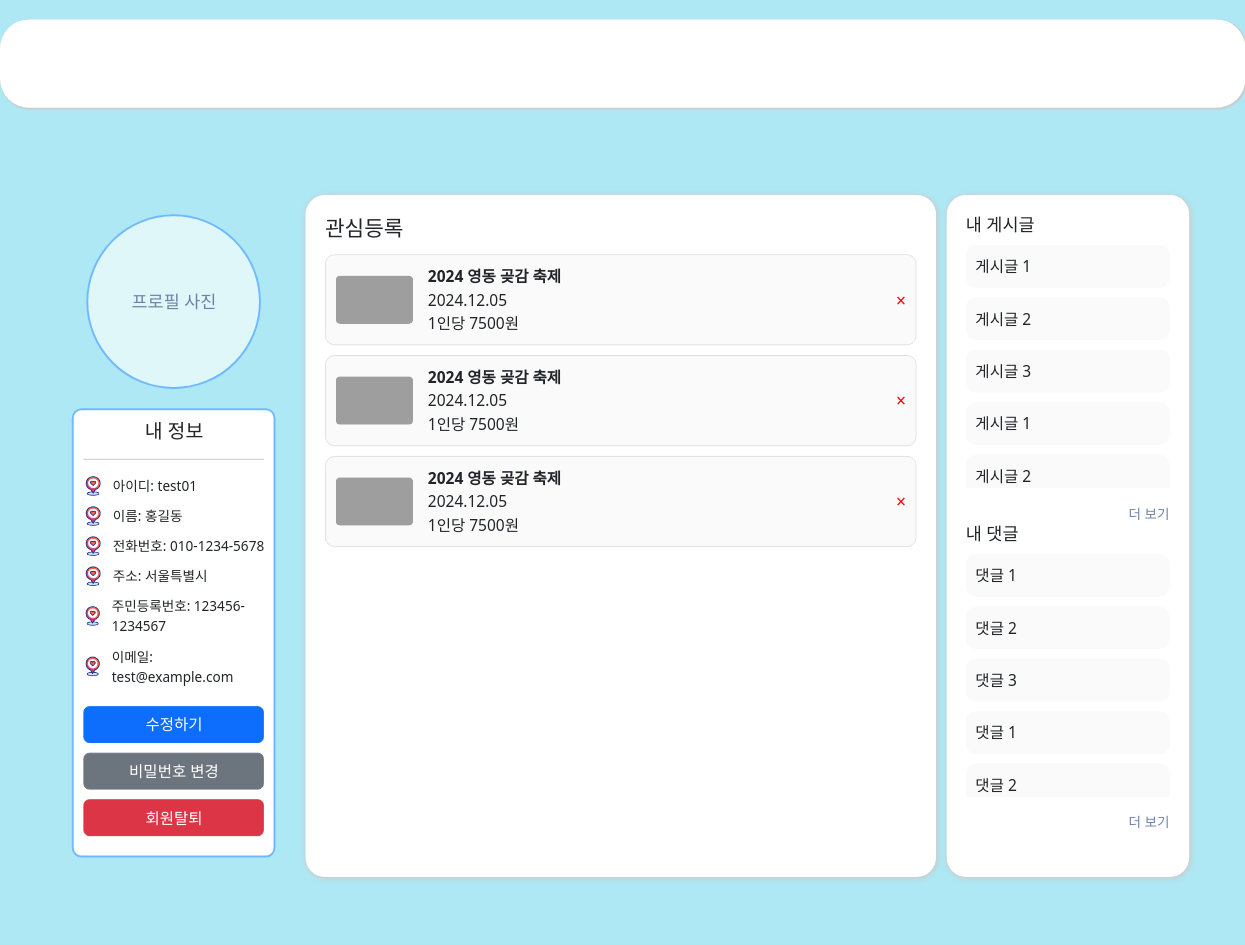
Repository: KimMJ0964/jsp
Page: http://localhost/Trafi/views/mypage/myPageMain.jsp
The author's editor kept a copy of each file at every save. The page is drawn from the files as they stood at one save, then again after the next save.
The browser window is 1280 px wide. The page is 1284 px wide, so the pictures cover 1284 px, including what lies to the right of the window. The pictures show the whole page, at 97% of full size.
Pictures or frames that could not be fetched are drawn as grey boxes. The page is served by Tomcat 9.

Above is the page before, as saved 2024-09-19 08:29:41.

### Trafi/src/main/webapp/views/mypage/myPageMain.jsp
<%@ page language="java" contentType="text/html; charset=UTF-8"
    pageEncoding="UTF-8"%>
<!DOCTYPE html>
<html lang="en">
<head>
    <meta charset="UTF-8">
    <meta name="viewport" content="width=device-width, initial-scale=1.0">
    <title>마이페이지</title>

    <!-- Latest compiled and minified CSS -->
    <link href="https://cdn.jsdelivr.net/npm/bootstrap@5.3.3/dist/css/bootstrap.min.css" rel="stylesheet">

    <!-- Latest compiled JavaScript -->
    <script src="https://cdn.jsdelivr.net/npm/bootstrap@5.3.3/dist/js/bootstrap.bundle.min.js"></script>
    <style>
        body {
            margin: 0;
            padding: 0;
            background-color: #ADE8F4;
        }
        .wrap {
            width: 1246px;
            margin: auto;
            padding: 20px;
        }
        #header {
            width: 1284px;
            height: 91px;
            background-color: white;
            border-radius: 30px;
            margin: 20px auto;
            box-shadow: 1px 1px 1px 1px rgb(203, 203, 203);
        }
        .container {
            display: flex;
            justify-content: space-around;
            margin: 50px auto;
            max-width: 1300px;
        }

        /* 프로필 섹션 */
        .profile-section {
            padding: 20px;
            width: 250px;
        }
        .profile-section .profile-image {
            width: 180px;
            height: 180px;
            border-radius: 50%;
            background-color: #E0F7FA;
            margin: 0 auto;
            display: flex;
            justify-content: center;
            align-items: center;
            font-size: 18px;
            color: #6C83A8;
        }
        .profile-section .profile-info {
            margin-top: 20px;
            border: 1px solid #E0E0E0;
            border-radius: 10px;
            padding: 10px;
        }
        .profile-info {
            background-color: white;
            border-radius: 20px;
        }
        .profile-section .profile-info h6 {
            font-size: 18px;
            margin-bottom: 20px;
        }
        .profile-section .profile-info ul {
            list-style: none;
            padding: 0;
            font-size: 14px;
        }
        .profile-section .profile-info ul li {
            margin-bottom: 10px;
            display: flex;
            align-items: center;
        }
        .profile-section .profile-info ul li img {
            width: 20px;
            height: 20px;
            margin-right: 10px;
        }
        .profile-section .profile-buttons {
            text-align: center;
            margin-top: 20px;
        }
        .profile-section .profile-buttons button {
            width: 100%;
            margin-bottom: 10px;
        }

        /* 축제 섹션 */
        .interest-section {
            background-color: white;
            border-radius: 20px;
            padding: 20px;
            width: 650px;
            box-shadow: 1px 1px 5px 1px rgb(203, 203, 203);
        }
        .interest-section h5 {
            font-size: 22px;
            margin-bottom: 15px;
        }
        .interest-section .interest-list {
            list-style: none;
            padding: 0;
            max-height: 400px;
            overflow-y: auto;
        }
        .interest-section .interest-list li {
            background-color: #FAFAFA;
            border: 1px solid #E0E0E0;
            padding: 10px;
            margin-bottom: 10px;
            display: flex;
            justify-content: space-between;
            align-items: center;
            border-radius: 10px;
        }
        .interest-section .interest-list li .info {
            display: flex;
            gap: 15px;
            align-items: center;
        }
        .interest-section .interest-list li img {
            width: 80px;
            height: 50px;
            border-radius: 5px;
        }
        .interest-section .interest-list li .text {
            font-size: 16px;
        }
        .interest-section .interest-list li .remove {
            font-size: 18px;
            color: red;
            cursor: pointer;
        }

        /* 게시글, 댓글 섹션 */
        .posts-comments-section {
            background-color: white;
            border-radius: 20px;
            padding: 20px;
            width: 250px;
            box-shadow: 1px 1px 5px 1px rgb(203, 203, 203);
        }
        .posts-comments-section h5 {
            font-size: 18px;
            margin-bottom: 10px;
        }
        .posts-comments-section ul {
            list-style: none;
            padding: 0;
            font-size: 16px;
            max-height: 250px;
            overflow-y: auto;
        }
        .posts-comments-section ul li {
            padding: 10px;
            background-color: #FAFAFA;
            margin-bottom: 10px;
            border-radius: 10px;
        }
        .posts-comments-section .view-more {
            text-align: right;
            font-size: 14px;
            color: #6C83A8;
            cursor: pointer;
        }

        /* 모달창 */
        .modal {
            position: fixed;
            left: 0;
            top: 0;
            width: 100%;
            height: 100%;
            background-color: rgba(0,0,0,0.5);
            display: flex;
            justify-content: center;
            align-items: center;
        }

        .modal-content {
            background-color: #fff;
            padding: 20px;
            border-radius: 10px;
            width: 450px;
            left: 40%;
            top: 20%;
        }

        .modal-content > form > table > tr > td {
            text-align: left;
        }

        .close {
            float: right;
            font-size: 20px;
            cursor: pointer;
        }

        /* 모바일 반응형 */

        @media (max-width: 480px) {
            .wrap {
                padding: 5px;
            }
            .profile-section, .interest-section, .posts-comments-section {
                padding: 5px;
            }
            .profile-section .profile-image {
                width: 100px;
                height: 100px;
            }
            .interest-section .interest-list li .info img {
                width: 50px;
                height: 30px;
            }
            .posts-comments-section ul li {
                font-size: 12px;
            }
        }
    </style>

</head>
<body>
    <div id="header"></div>
    <div class="wrap">
        <div class="container">
            <!-- Profile Section -->
            <div class="profile-section">
                <div class="profile-image" style="border: 2px solid #6FBAFF;">프로필 사진</div>
                <div class="profile-info" style="border: 2px solid #6FBAFF;">
                    <h5 style="text-align: center;">내 정보</h5>
                    <hr>
                    <ul>
                        <li><img src="./img/profile-icon.png" alt="icon">아이디: test01</li>
                        <li><img src="./img/profile-icon.png" alt="icon">이름: 홍길동</li>
                        <li><img src="./img/profile-icon.png" alt="icon">전화번호: 010-1234-5678</li>
                        <li><img src="./img/profile-icon.png" alt="icon">주소: 서울특별시</li>
                        <li><img src="./img/profile-icon.png" alt="icon">주민등록번호: 123456-1234567</li>
                        <li><img src="./img/profile-icon.png" alt="icon">이메일: test@example.com</li>
                    </ul>
                    <div class="profile-buttons">
                        <button class="btn btn-primary" id="edit-profile-btn">수정하기</button>
                        <button class="btn btn-secondary" id="edit-pwd-btn">비밀번호 변경</button>
                        <button class="btn btn-danger" id="delete-account-btn">회원탈퇴</button>
                    </div>
                </div>
            </div>

            <!-- Interest Section -->
            <div class="interest-section">
                <h5>관심등록</h5>
                <ul class="interest-list">
                    <li>
                        <div class="info">
                            <img src="festival.jpg" alt="축제 이미지">
                            <div class="text">
                                <strong>2024 영동 곶감 축제</strong><br>
                                2024.12.05<br>
                                1인당 7500원
                            </div>
                        </div>
                        <div class="remove">&times;</div>
                    </li>
                    <li>
                        <div class="info">
                            <img src="festival.jpg" alt="축제 이미지">
                            <div class="text">
                                <strong>2024 영동 곶감 축제</strong><br>
                                2024.12.05<br>
                                1인당 7500원
                            </div>
                        </div>
                        <div class="remove">&times;</div>
                    </li>
                    <li>
                        <div class="info">
                            <img src="festival.jpg" alt="축제 이미지">
                            <div class="text">
                                <strong>2024 영동 곶감 축제</strong><br>
                                2024.12.05<br>
                                1인당 7500원
                            </div>
                        </div>
                        <div class="remove">&times;</div>
                    </li>

                    <!-- More items -->
                </ul>
            </div>

            <!-- Posts and Comments Section -->
            <div class="posts-comments-section">
                <div class="posts-comments-container">
                    <!-- My Posts Section -->
                    <div class="posts-section">
                        <h5>내 게시글</h5>
                        <ul>
                            <li>게시글 1</li>
                            <li>게시글 2</li>
                            <li>게시글 3</li>
                            <li>게시글 1</li>
                            <li>게시글 2</li>
                            <li>게시글 3</li>
                            <!-- More posts -->
                        </ul>
                        <div class="view-more">더 보기</div>
                    </div>

                    <!-- My Comments Section -->
                    <div class="comments-section">
                        <h5>내 댓글</h5>
                        <ul>
                            <li>댓글 1</li>
                            <li>댓글 2</li>
                            <li>댓글 3</li>
                            <li>댓글 1</li>
                            <li>댓글 2</li>
                            <li>댓글 3</li>
                            <!-- More comments -->
                        </ul>
                        <div class="view-more">더 보기</div>
                    </div>
                </div>
            </div>
    </div>

    <!-- 모달 구조 -->
    <div class="modal" id="editProfileModal" style="display:none;">
        <div class="modal-content">
            <span class="close">&times;</span>
            <h2>프로필 수정</h2>
            <br>
            <form>
                <table>
                    <tr>
                        <td style="width: 130px;">
                            <label for="name">이름:</label>
                        </td>
                        <td>
                            <input type="text" id="name" name="name" required>
                        </td>
                    </tr>
                    <tr>
                        <td>
                            <label for="phone">전화번호:</label>
                        </td>
                        <td>
                            <input type="text" id="phone" name="phone" required>
                        </td>
                    </tr>
                    <tr>
                        <td>
                            <label for="address">주소:</label>
                        </td>
                        <td>
                            <input type="text" id="address" name="address" required>
                        </td>
                    </tr>
                    <tr>
                        <td>
                            <label for="ssn">주민등록번호:</label>
                        </td>
                        <td>
                            <input type="text" id="ssn" name="ssn" required>
                        </td>
                    </tr>
                    <tr>
                        <td>
                            <label for="email">이메일:</label>
                        </td>
                        <td>
                            <input type="text" id="email" name="email" required> @
                            <select id="email-domain" name="email-domain">
                                <option value="gmail.com">@gmail.com</option>
                                <option value="naver.com">@naver.com</option>
                                <option value="daum.net">@daum.net</option>
                                <option value="custom">직접 입력</option>
                            </select>
                            <input type="text" id="custom-domain" name="custom-domain" style="display:none;" placeholder="직접 입력">
                        </td>
                    </tr>
                </table>
                <br>
                <button type="submit" class="btn btn-primary">저장하기</button>
            </form>
        </div>
    </div>

    <script>
        document.getElementById("delete-account-btn").addEventListener("click", function() {
            if (confirm("정말로 회원탈퇴를 진행하시겠습니까?")) {
                // 네
                alert("회원탈퇴가 진행됩니다.");
            } else {
                // 아니요
                alert("회원탈퇴가 취소되었습니다.");
            }
        });

        // 모달 열기 및 닫기 로직
        var modal = document.getElementById("editProfileModal");
        var btn = document.getElementById("edit-profile-btn");
        var span = document.getElementsByClassName("close")[0];

        btn.onclick = function() {
            modal.style.display = "block";
        }

        span.onclick = function() {
            modal.style.display = "none";
        }

        window.onclick = function(event) {
            if (event.target == modal) {
                modal.style.display = "none";
            }
        }

        // 이메일 도메인 선택 시 처리
        var emailDomainSelect = document.getElementById("email-domain");
        var customDomainInput = document.getElementById("custom-domain");

        emailDomainSelect.onchange = function() {
            if (emailDomainSelect.value === "custom") {
                customDomainInput.style.display = "inline-block";
            } else {
                customDomainInput.style.display = "none";
                customDomainInput.value = ""; // 입력 필드를 초기화
            }
        }
    </script>
</body>
</html>

After the next save:
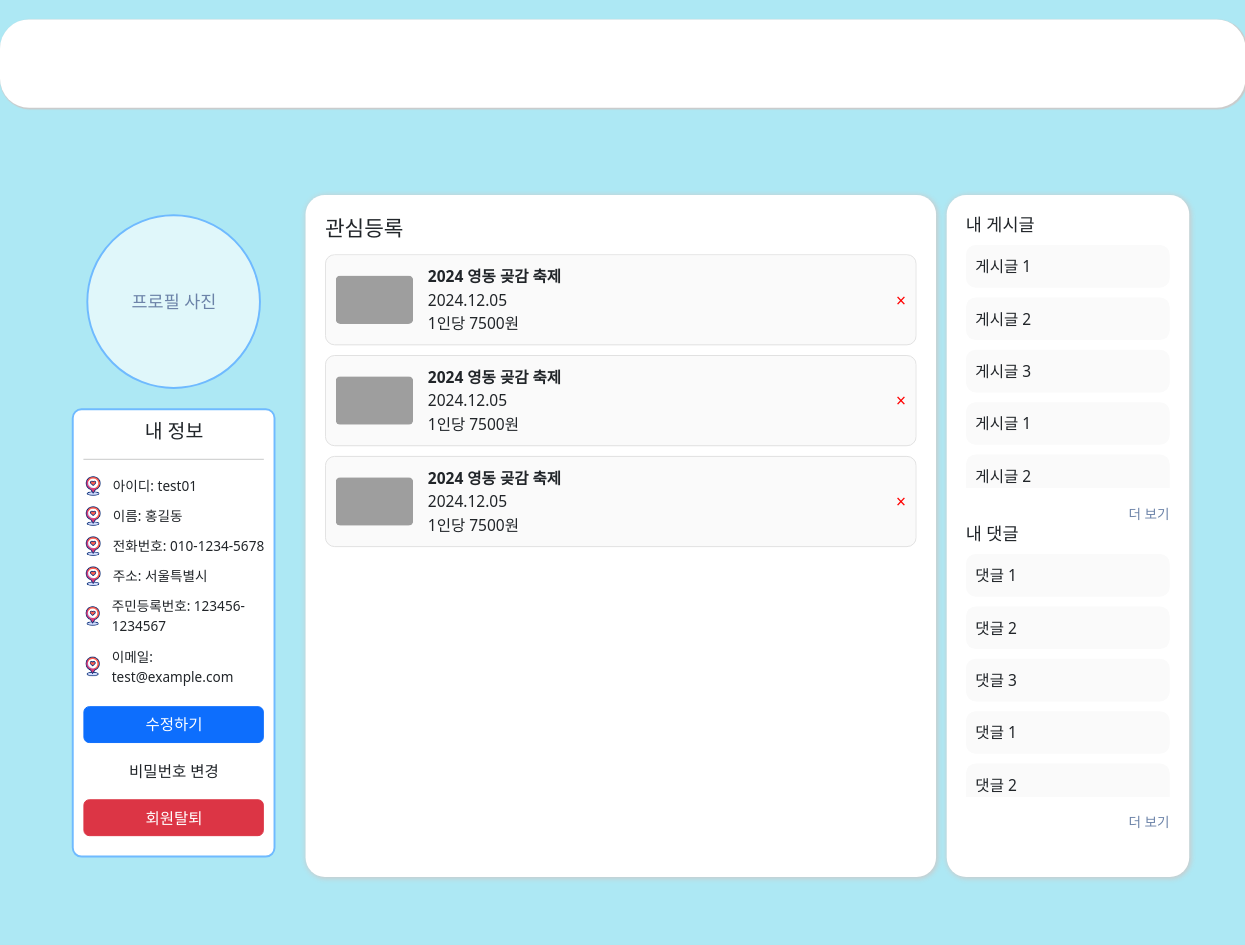
Saved 9 s later.
--- a/Trafi/src/main/webapp/views/mypage/myPageMain.jsp
+++ b/Trafi/src/main/webapp/views/mypage/myPageMain.jsp
@@ -248,7 +248,7 @@
                     </ul>
                     <div class="profile-buttons">
                         <button class="btn btn-primary" id="edit-profile-btn">수정하기</button>
-                        <button class="btn btn-secondary" id="edit-pwd-btn">비밀번호 변경</button>
+                        <button class="btn btn-third" id="edit-pwd-btn">비밀번호 변경</button>
                         <button class="btn btn-danger" id="delete-account-btn">회원탈퇴</button>
                     </div>
                 </div>

After the 2 saves that followed:
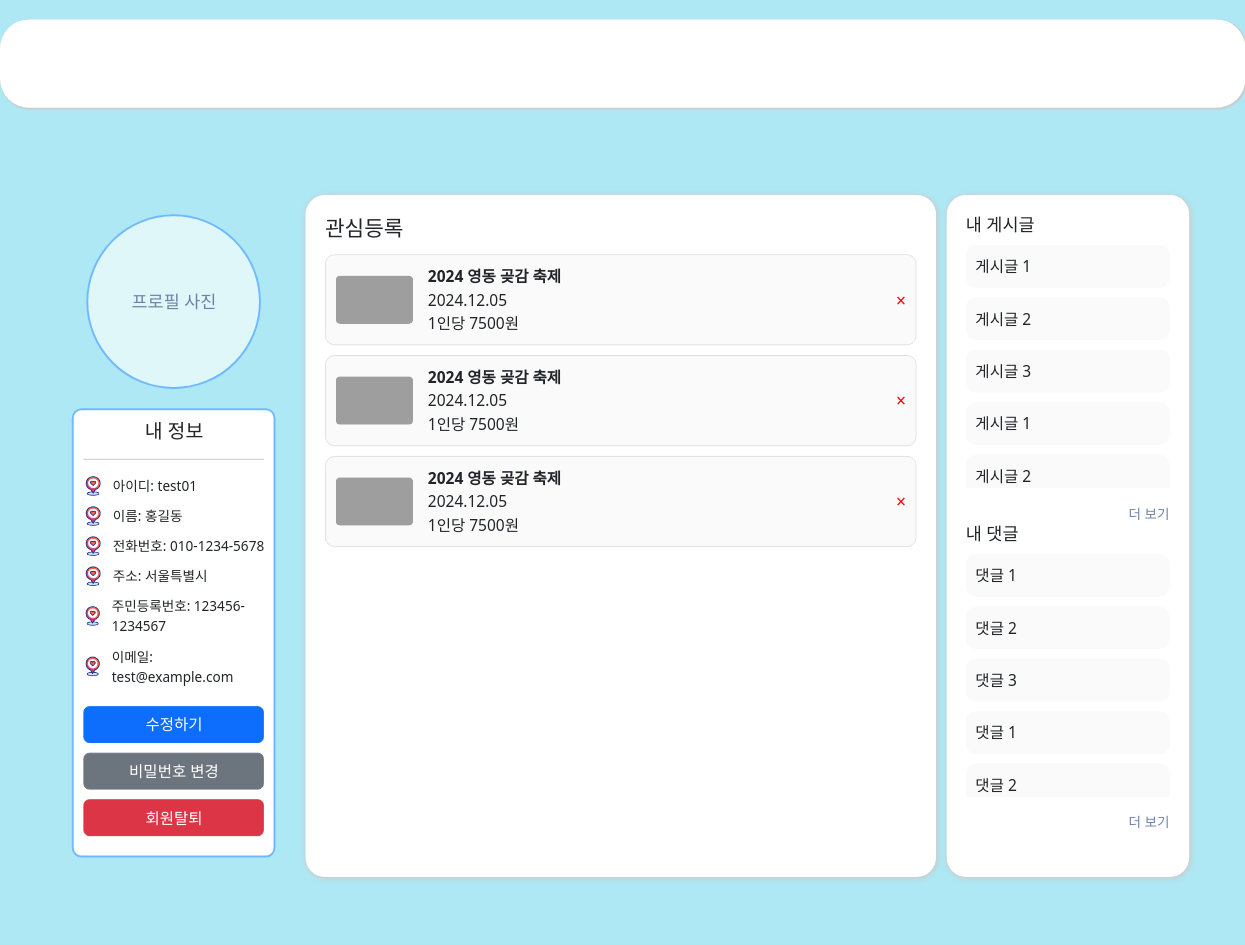
The 2 saves are shown as one change because 1 left the picture as it was.
The last was saved 20 s later.
--- a/Trafi/src/main/webapp/views/mypage/myPageMain.jsp
+++ b/Trafi/src/main/webapp/views/mypage/myPageMain.jsp
@@ -248,7 +248,7 @@
                     </ul>
                     <div class="profile-buttons">
                         <button class="btn btn-primary" id="edit-profile-btn">수정하기</button>
-                        <button class="btn btn-third" id="edit-pwd-btn">비밀번호 변경</button>
+                        <button class="btn btn-secondary" id="edit-pwd-btn">비밀번호 변경</button>
                         <button class="btn btn-danger" id="delete-account-btn">회원탈퇴</button>
                     </div>
                 </div>
